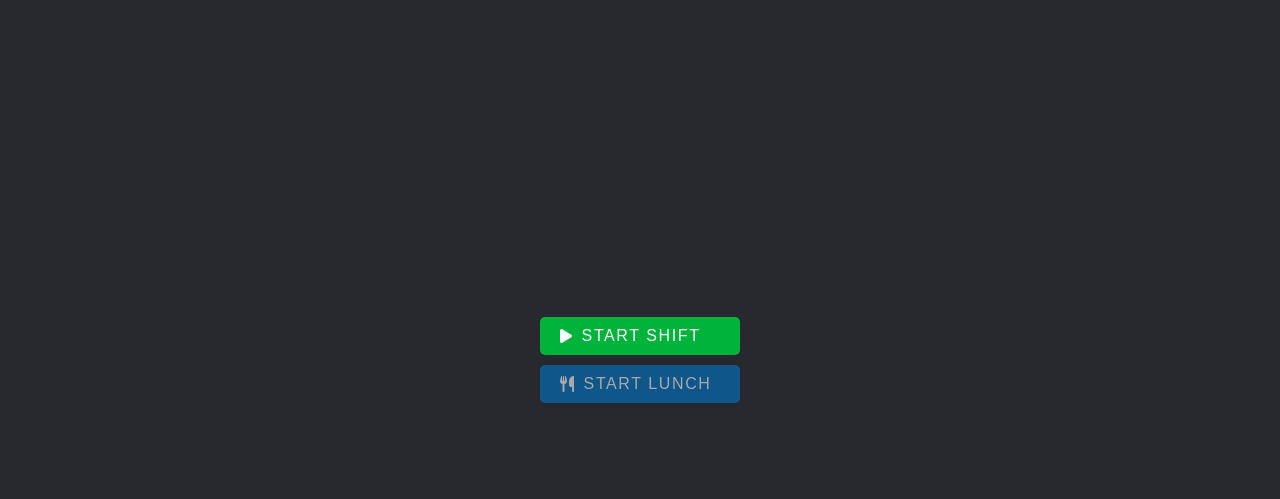
Repository: Philip-Rogers/button-state
Page: experiment.html
An editor plug-in stored every save of this project. The page is shown before and after a run of saves, followed by the edit.
The browser window is 1280 px wide. The pictures show the whole page.

Above is the page before, as saved 2024-08-14 15:57:58.

### experiment.html
<!DOCTYPE html>
<html lang="en">

<head>
    <meta charset="UTF-8">
    <meta name="viewport" content="width=device-width, initial-scale=1.0">
    <title>Shift and Lunch Toggle Buttons</title>
    <link rel="stylesheet" href="index.css">
    <link rel="stylesheet" href="https://cdnjs.cloudflare.com/ajax/libs/font-awesome/6.5.1/css/all.min.css"
        integrity="sha512-DTOQO9RWCH3ppGqcWaEA1BIZOC6xxalwEsw9c2QQeAIftl+Vegovlnee1c9QX4TctnWMn13TZye+giMm8e2LwA=="
        crossorigin="anonymous" referrerpolicy="no-referrer" />
</head>

<body>

    <!-- Container to hold both buttons -->
    <div class="button-container">
        <!-- Shift Button -->
        <button id="shiftButton" class="toggle-button" onclick="toggleShift()">
            <i class="fa fa-play"></i> Start Shift
        </button>

        <!-- Lunch Button -->
        <button id="lunchButton" class="toggle-button" onclick="toggleLunch()" disabled>
            <i class="fa fa-utensils"></i> Start Lunch
        </button>
    </div>

    <script>
        let shiftState = 'start'; // Tracks the state of the Shift button
        let lunchState = 'start'; // Tracks the state of the Lunch button

        // Function to toggle the Shift button text and color
        function toggleShift() {
            const shiftButton = document.getElementById('shiftButton');
            const lunchButton = document.getElementById('lunchButton');

            if (shiftState === 'start') {
                shiftButton.innerHTML = '<i class="fa fa-stop"></i> Stop Shift';
                shiftButton.style.backgroundColor = 'hsl(354, 70%, 54%)'; // Red for Stop Shift
                shiftState = 'stop';
                lunchButton.disabled = false; // Enable the Lunch button when Shift is started
            } else {
                // Revert both buttons to their default state
                shiftButton.innerHTML = '<i class="fa fa-play"></i> Start Shift';
                shiftButton.style.backgroundColor = 'hsl(140, 100%, 35%)'; // Green for Start Shift
                shiftState = 'start';
                lunchButton.disabled = true; // Disable the Lunch button when Shift is stopped
                lunchButton.innerHTML = '<i class="fa fa-utensils"></i> Start Lunch'; // Reset Lunch button text
                lunchButton.style.backgroundColor = 'hsl(205, 100%, 39%)'; // Reset Lunch button color
                lunchState = 'start'; // Reset Lunch button state
            }
        }

        // Function to toggle the Lunch button text and color
        function toggleLunch() {
            const shiftButton = document.getElementById('shiftButton');
            const lunchButton = document.getElementById('lunchButton');

            if (lunchState === 'start') {
                lunchButton.innerHTML = '<i class="fa fa-stop"></i> Stop Lunch';
                lunchButton.style.backgroundColor = 'hsl(354, 70%, 54%)'; // Red for Stop Lunch

                if (shiftState === 'stop') {
                    shiftButton.style.backgroundColor =
                    'hsl(354, 70%, 44%)'; // Darkened red for Stop Shift when disabled
                    shiftButton.disabled = true; // Disable the Stop Shift button
                }

                lunchState = 'stop';
            } else {
                lunchButton.innerHTML = '<i class="fa fa-utensils"></i> Start Lunch';
                lunchButton.style.backgroundColor = 'hsl(205, 100%, 39%)'; // Blue for Start Lunch
                lunchButton.disabled = true; // Disable the Stop Lunch button

                if (shiftState === 'stop') {
                    shiftButton.style.backgroundColor = 'hsl(354, 70%, 54%)'; // Restore the red color for Stop Shift
                    shiftButton.disabled = false; // Re-enable the Stop Shift button
                }

                lunchState = 'start';
            }
        }
    </script>

</body>

</html>

### index.css
body {
    background-color: hsl(225, 9%, 17%);
    margin: auto;
    display: flex;
    justify-content: center;
    align-items: center;
    height: 100vh;
    margin: 0;
}

button {
    font-size: 1.25em;
    display: block;
    border-radius: 5px;
    /* background-color: hsl(205, 100%, 39%); */
    background-color: hsl(140, 100%, 35%);
    /* Green for Start Shift */
    color: hsl(354, 70%, 100%);
    padding: 1em 1.25em;
    width: 300px;
    cursor: pointer;
    border: none;
    text-transform: uppercase;
    letter-spacing: 0.1em;
    transition: all .2s ease-in-out;
    /* -webkit-box-reflect: below 10px linear-gradient(transparent, transparent, #0004); */
}


#shiftButton i {
    margin-right: 8px;
}

#shiftButton.stopShift {
    background-color: hsl(354, 70%, 54%);
    /* Red for Stop Shift */
}






/* Container for the buttons to ensure they stack vertically */
.button-container {
    display: flex;
    flex-direction: column;
    align-items: flex-start;
    /* Align buttons to the start of the container */
    gap: 10px;
    /* Space between the buttons */
}

/* Style for the toggle buttons */
.toggle-button {
    color: white;
    background-color: hsl(140, 100%, 35%);
    /* Default green for Start Shift */
    border: none;
    padding: 10px 20px;
    font-size: 16px;
    cursor: pointer;
    display: flex;
    align-items: center;
    width: 200px;
    /* Fixed width for consistency */
}

#lunchButton {
    background-color: hsl(205, 100%, 39%);
    /* Default blue color for Start Lunch */
}

.toggle-button i {
    margin-right: 8px;
}

.toggle-button:disabled {
    cursor: not-allowed;
    opacity: 0.6;
}

After the next 2 saves:
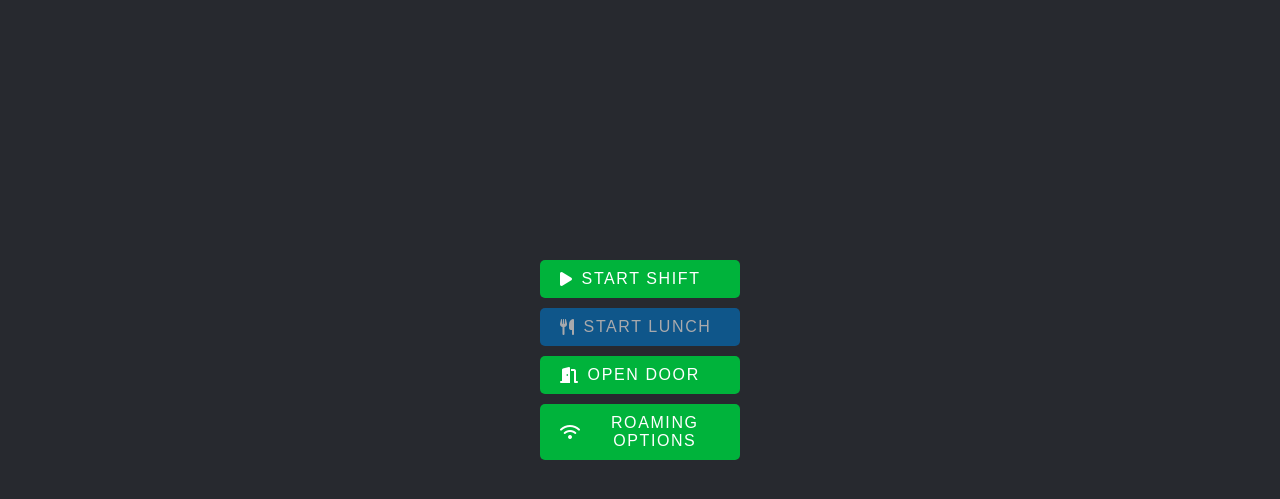
The 2 saves are shown as one change because they came seconds apart.
The last was saved 3 min 6 s later.
--- a/experiment.html
+++ b/experiment.html
@@ -13,7 +13,7 @@
 
 <body>
 
-    <!-- Container to hold both buttons -->
+    <!-- Container to hold all buttons -->
     <div class="button-container">
         <!-- Shift Button -->
         <button id="shiftButton" class="toggle-button" onclick="toggleShift()">
@@ -24,11 +24,23 @@
         <button id="lunchButton" class="toggle-button" onclick="toggleLunch()" disabled>
             <i class="fa fa-utensils"></i> Start Lunch
         </button>
+
+        <!-- Open Door Button -->
+        <button id="openDoorButton" class="toggle-button" onclick="toggleOpenDoor()">
+            <i class="fa fa-door-open"></i> Open Door
+        </button>
+
+        <!-- Roaming Options Button -->
+        <button id="roamingOptionsButton" class="toggle-button" onclick="toggleRoamingOptions()">
+            <i class="fa fa-wifi"></i> Roaming Options
+        </button>
     </div>
 
     <script>
         let shiftState = 'start'; // Tracks the state of the Shift button
         let lunchState = 'start'; // Tracks the state of the Lunch button
+        let doorState = 'closed'; // Tracks the state of the Open Door button
+        let roamingState = 'off'; // Tracks the state of the Roaming Options button
 
         // Function to toggle the Shift button text and color
         function toggleShift() {
@@ -41,7 +53,7 @@
                 shiftState = 'stop';
                 lunchButton.disabled = false; // Enable the Lunch button when Shift is started
             } else {
-                // Revert both buttons to their default state
+                // Revert all buttons to their default state
                 shiftButton.innerHTML = '<i class="fa fa-play"></i> Start Shift';
                 shiftButton.style.backgroundColor = 'hsl(140, 100%, 35%)'; // Green for Start Shift
                 shiftState = 'start';
@@ -81,8 +93,15 @@
                 lunchState = 'start';
             }
         }
-    </script>
 
-</body>
+        // Function to toggle the Open Door button text and color
+        function toggleOpenDoor() {
+            const openDoorButton = document.getElementById('openDoorButton');
 
-</html>
+            if (doorState === 'closed') {
+                openDoorButton.innerHTML = '<i class="fa fa-door-closed"></i> Close Door';
+                openDoorButton.style.backgroundColor = 'hsl(354, 70%, 54%)'; // Red for Door Opened
+                doorState = 'open';
+            } else {
+                openDoorButton.innerHTML = '<i class="fa fa-door-open"></i> Open Door';
+                openDoorButton.style.backgroundColor = 'hsl(205, 100%, 39%)'; // Blue
